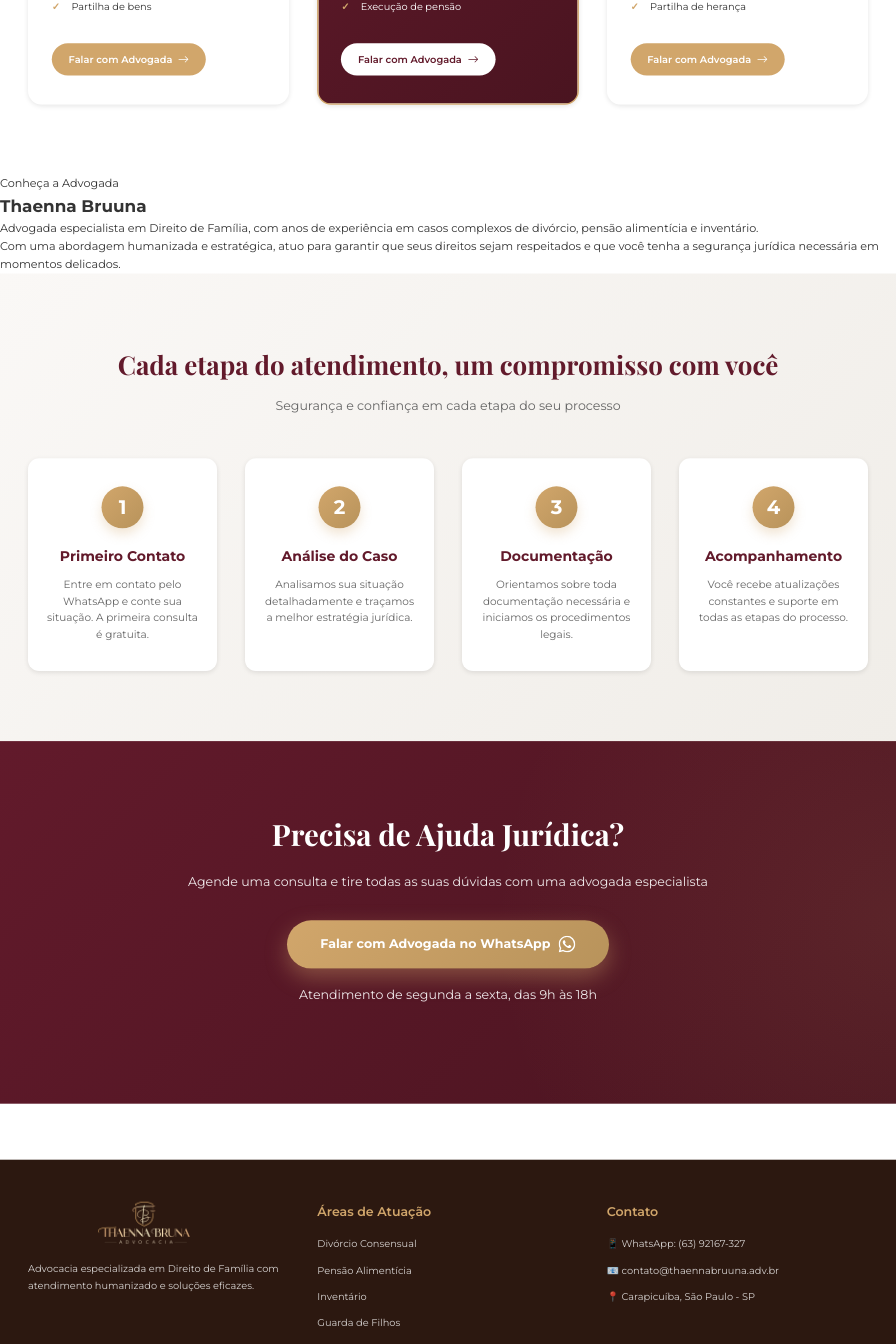
Repository: EmanuelVieiira/landing-page-advocacia
Page: index.html
An editor plug-in stored every save of this project. The page is shown before and after the next save, followed by the edit.
The browser window is 1280 px wide. The pictures show the part of the page from y = 1604 to 3524 px (the page is 3642 px tall before and 3501 px after), at 70% of full size.

Above is the page before, as saved 2026-02-06 21:42:10.

### index.html
<!DOCTYPE html>
<html lang="pt-BR">
<head>
    <meta charset="UTF-8">
    <meta name="viewport" content="width=device-width, initial-scale=1.0">
    <title>Thaenna Bruuna Advocacia | Especialista em Direito de Família</title>
    <link rel="stylesheet" href="css/style.css">
    <link rel="preconnect" href="https://fonts.googleapis.com">
    <link rel="preconnect" href="https://fonts.gstatic.com" crossorigin>
    <link href="https://fonts.googleapis.com/css2?family=Montserrat:wght@400;500;600;700&family=Playfair+Display:wght@600;700&display=swap" rel="stylesheet">
    <link rel="stylesheet" href="https://cdnjs.cloudflare.com/ajax/libs/font-awesome/6.5.1/css/all.min.css">
</head>
<body>
    <!-- TOP HEADER: Barra superior com contatos e redes sociais -->
    <div class="top-header">
        <div class="top-header-container">
            <div class="top-header-left">
                <ul class="contatos-top-header">
                    <li>
                        <i class="fas fa-phone-alt"></i>
                        <a href="tel:06392167327" title="Clique e ligue">(63) 9216-7327</a>
                    </li>
                    <li>
                        <i class="fas fa-envelope"></i>
                        <a href="mailto:contato@thaennabruuna.adv.br" title="E-mail">contato@thaennabruuna.adv.br</a>
                    </li>
                </ul>
            </div>
            <div class="top-header-right">
                <ul class="social-top">
                    <li>
                        <a href="https://www.instagram.com/thaennabrunavieira?utm_source=ig_web_button_share_sheet&igsh=ZDNlZDc0MzIxNw==" title="Instagram" target="_blank">
                            <i class="fa-brands fa-instagram"></i>
                        </a>
                    </li>
                    <li>
                        <a href="https://wa.me/556392167327" title="WhatsApp" target="_blank">
                            <i class="fa-brands fa-whatsapp"></i>
                        </a>
                    </li>
                    <li>
                        <a href="https://www.facebook.com/thaenabrunna.vieira" title="Facebook" target="_blank">
                            <i class="fa-brands fa-facebook"></i>
                        </a>
                    </li>
                </ul>
            </div>
        </div>
    </div>

    <!-- HEADER -->
    <header>
        <div class="header-container">
            <img src="/img/Logotipo.png" alt="Logo da Advocacia Thaenna Bruuna" class="logo">
            <nav class="header-nav">
                <a href="#servicos" class="nav-link">Serviços</a>
                <a href="#sobre" class="nav-link">Sobre</a>
                <a href="#contato" class="nav-link">Contato</a>
            </nav>
            <a href="https://wa.me/556392167327" target="_blank" class="btn-whatsapp">
                Falar com Advogada
                <svg xmlns="http://www.w3.org/2000/svg" width="20" height="20" fill="currentColor" viewBox="0 0 16 16">
                    <path d="M13.601 2.326A7.854 7.854 0 0 0 7.994 0C3.627 0 .068 3.558.064 7.926c0 1.399.366 2.76 1.057 3.965L0 16l4.204-1.102a7.933 7.933 0 0 0 3.79.965h.004c4.368 0 7.926-3.558 7.93-7.93A7.898 7.898 0 0 0 13.6 2.326zM7.994 14.521a6.573 6.573 0 0 1-3.356-.92l-.24-.144-2.494.654.666-2.433-.156-.251a6.56 6.56 0 0 1-1.007-3.505c0-3.626 2.957-6.584 6.591-6.584a6.56 6.56 0 0 1 4.66 1.931 6.557 6.557 0 0 1 1.928 4.66c-.004 3.639-2.961 6.592-6.592 6.592zm3.615-4.934c-.197-.099-1.17-.578-1.353-.646-.182-.065-.315-.099-.445.099-.133.197-.513.646-.627.775-.114.133-.232.148-.43.05-.197-.1-.836-.308-1.592-.985-.59-.525-.985-1.175-1.103-1.372-.114-.198-.011-.304.088-.403.087-.088.197-.232.296-.346.1-.114.133-.198.198-.33.065-.134.034-.248-.015-.347-.05-.099-.445-1.076-.612-1.47-.16-.389-.323-.335-.445-.34-.114-.007-.247-.007-.38-.007a.729.729 0 0 0-.529.247c-.182.198-.691.677-.691 1.654 0 .977.71 1.916.81 2.049.098.133 1.394 2.132 3.383 2.992.47.205.84.326 1.129.418.475.152.904.129 1.246.08.38-.058 1.171-.48 1.338-.943.164-.464.164-.86.114-.943-.049-.084-.182-.133-.38-.232z"/>
                </svg>
            </a>
        </div>
    </header>

    <main>
        <!-- HERO SECTION -->
        <section class="hero">
            <div class="hero-content">
                <div class="hero-text">
                 <h1>Advogada especialista em demandas de família: <span class="highlight">divórcio, inventário, pensão alimentícia</span></h1>

                    <div class="hero-features">
                        <div class="feature-item">
                            <svg xmlns="http://www.w3.org/2000/svg" width="24" height="24" fill="#d1a66b" viewBox="0 0 16 16">
                                <path d="M10.97 4.97a.75.75 0 0 1 1.07 1.05l-3.99 4.99a.75.75 0 0 1-1.08.02L4.324 8.384a.75.75 0 1 1 1.06-1.06l2.094 2.093 3.473-4.425a.267.267 0 0 1 .02-.022z"/>
                            </svg>
                            <span>Atendimento Personalizado</span>
                        </div>
                        <div class="feature-item">
                            <svg xmlns="http://www.w3.org/2000/svg" width="24" height="24" fill="#d1a66b" viewBox="0 0 16 16">
                                <path d="M10.97 4.97a.75.75 0 0 1 1.07 1.05l-3.99 4.99a.75.75 0 0 1-1.08.02L4.324 8.384a.75.75 0 1 1 1.06-1.06l2.094 2.093 3.473-4.425a.267.267 0 0 1 .02-.022z"/>
                            </svg>
                            <span>Respostas Rápidas</span>
                        </div>
                        <div class="feature-item">
                            <svg xmlns="http://www.w3.org/2000/svg" width="24" height="24" fill="#d1a66b" viewBox="0 0 16 16">
                                <path d="M10.97 4.97a.75.75 0 0 1 1.07 1.05l-3.99 4.99a.75.75 0 0 1-1.08.02L4.324 8.384a.75.75 0 1 1 1.06-1.06l2.094 2.093 3.473-4.425a.267.267 0 0 1 .02-.022z"/>
                            </svg>
                            <span>Consultoria Especializada</span>
                        </div>
                    </div>
                    <a href="https://wa.me/556392167327" target="_blank" class="btn-primary">
                        <span>
                            Falar com Advogada
                            <svg xmlns="http://www.w3.org/2000/svg" width="20" height="20" fill="currentColor" viewBox="0 0 16 16">
                                <path d="M13.601 2.326A7.854 7.854 0 0 0 7.994 0C3.627 0 .068 3.558.064 7.926c0 1.399.366 2.76 1.057 3.965L0 16l4.204-1.102a7.933 7.933 0 0 0 3.79.965h.004c4.368 0 7.926-3.558 7.93-7.93A7.898 7.898 0 0 0 13.6 2.326zM7.994 14.521a6.573 6.573 0 0 1-3.356-.92l-.24-.144-2.494.654.666-2.433-.156-.251a6.56 6.56 0 0 1-1.007-3.505c0-3.626 2.957-6.584 6.591-6.584a6.56 6.56 0 0 1 4.66 1.931 6.557 6.557 0 0 1 1.928 4.66c-.004 3.639-2.961 6.592-6.592 6.592zm3.615-4.934c-.197-.099-1.17-.578-1.353-.646-.182-.065-.315-.099-.445.099-.133.197-.513.646-.627.775-.114.133-.232.148-.43.05-.197-.1-.836-.308-1.592-.985-.59-.525-.985-1.175-1.103-1.372-.114-.198-.011-.304.088-.403.087-.088.197-.232.296-.346.1-.114.133-.198.198-.33.065-.134.034-.248-.015-.347-.05-.099-.445-1.076-.612-1.47-.16-.389-.323-.335-.445-.34-.114-.007-.247-.007-.38-.007a.729.729 0 0 0-.529.247c-.182.198-.691.677-.691 1.654 0 .977.71 1.916.81 2.049.098.133 1.394 2.132 3.383 2.992.47.205.84.326 1.129.418.475.152.904.129 1.246.08.38-.058 1.171-.48 1.338-.943.164-.464.164-.86.114-.943-.049-.084-.182-.133-.38-.232z"/>
                            </svg>
                        </span>
                    </a>
                </div>
                <div class="hero-image">
                    <img src="/img/thaenna_bruna.JPEG" alt="Dra. Thaenna Bruuna - Advogada especializada em Direito de Família">
                </div>
            </div>
        </section>

        <!-- SERVIÇOS -->
        <section class="services" id="servicos">
            <div class="services-container">
                <div class="section-header">

                    <h2>Soluções jurídicas eficazes para proteger sua família, <br>seus direitos e seu patrimônio.</h2>
                    <p>Atendimento jurídico com empatia, transparência e foco em decisões seguras.</p>

                </div>

                <div class="services-grid">
                    <div class="service-card">
                        <div class="service-icon">
                            <img src="/img/Divórcio.png" alt="ícone de divórcio">
                        </div>
                        <h3>Divórcio</h3>
                        <p>Divórcio consensual em cartório ou judicial. Processos rápidos, seguros e com toda documentação necessária para formalizar a separação.</p>
                        <ul class="service-benefits">
                            <li>Divórcio consensual em cartório</li>
                            <li>Divórcio litigioso</li>
                            <li>Partilha de bens</li>
                        </ul>
                        <a href="https://wa.me/556392167327" target="_blank" class="btn-service">
                            Falar com Advogada
                            <svg xmlns="http://www.w3.org/2000/svg" width="16" height="16" fill="currentColor" viewBox="0 0 16 16">
                                <path fill-rule="evenodd" d="M1 8a.5.5 0 0 1 .5-.5h11.793l-3.147-3.146a.5.5 0 0 1 .708-.708l4 4a.5.5 0 0 1 0 .708l-4 4a.5.5 0 0 1-.708-.708L13.293 8.5H1.5A.5.5 0 0 1 1 8z"/>
                            </svg>
                        </a>
                    </div>

                    <div class="service-card featured">
                        <div class="featured-badge">Mais Procurado</div>
                        <div class="service-icon">
                            <img src="/img/Pensão Alimentícia.png" alt="ícone de pensão alimentícia">
                        </div>
                        <h3>Pensão Alimentícia</h3>
                        <p>Revisão e fixação de pensão alimentícia para garantir valores justos compatíveis com as necessidades da criança e possibilidades do genitor.</p>
                        <ul class="service-benefits">
                            <li>Ação de alimentos</li>
                            <li>Revisão de valores</li>
                            <li>Execução de pensão</li>
                        </ul>
                        <a href="https://wa.me/556392167327" target="_blank" class="btn-service">
                            Falar com Advogada
                            <svg xmlns="http://www.w3.org/2000/svg" width="16" height="16" fill="currentColor" viewBox="0 0 16 16">
                                <path fill-rule="evenodd" d="M1 8a.5.5 0 0 1 .5-.5h11.793l-3.147-3.146a.5.5 0 0 1 .708-.708l4 4a.5.5 0 0 1 0 .708l-4 4a.5.5 0 0 1-.708-.708L13.293 8.5H1.5A.5.5 0 0 1 1 8z"/>
                            </svg>
                        </a>
                    </div>

                    <div class="service-card">
                        <div class="service-icon">
                            <img src="/img/inventario.png" alt="ícone de inventário">
                        </div>
                        <h3>Inventário</h3>
                        <p>Elaboração e regularização de inventário patrimonial com organização completa dos bens, assegurando segurança jurídica e conformidade legal.</p>
                        <ul class="service-benefits">
                            <li>Inventário judicial</li>
                            <li>Inventário extrajudicial</li>
                            <li>Partilha de herança</li>
                        </ul>
                        <a href="https://wa.me/556392167327" target="_blank" class="btn-service">
                            Falar com Advogada
                            <svg xmlns="http://www.w3.org/2000/svg" width="16" height="16" fill="currentColor" viewBox="0 0 16 16">
                                <path fill-rule="evenodd" d="M1 8a.5.5 0 0 1 .5-.5h11.793l-3.147-3.146a.5.5 0 0 1 .708-.708l4 4a.5.5 0 0 1 0 .708l-4 4a.5.5 0 0 1-.708-.708L13.293 8.5H1.5A.5.5 0 0 1 1 8z"/>
                            </svg>
                        </a>
                    </div>
                </div>
            </div>
        </section>

        <!-- SOBRE A ADVOGADA -->
        <section class="about" id="sobre">
            <div class="about-container">
                <div class="about-content">
                    <div class="about-text">
                        <span class="section-label">Conheça a Advogada</span>
                        <h2>Thaenna Bruuna</h2>
                        <p class="">Advogada especialista em Direito de Família, com anos de experiência em casos complexos de divórcio, pensão alimentícia e inventário.</p>
                        <p>Com uma abordagem humanizada e estratégica, atuo para garantir que seus direitos sejam respeitados e que você tenha a segurança jurídica necessária em momentos delicados.</p>

                    </div>
                </div>
            </div>
        </section>

        <!-- COMO FUNCIONA -->
        <section class="how-it-works">
            <div class="how-it-works-container">
                <div class="section-header">

                    <h2>Cada etapa do atendimento, um compromisso com você</h2>
                    <p>Segurança e confiança em cada etapa do seu processo</p>
                </div>

                <div class="steps-grid">
                    <div class="step">
                        <div class="step-number">1</div>
                        <h3>Primeiro Contato</h3>
                        <p>Entre em contato pelo WhatsApp e conte sua situação. A primeira consulta é gratuita.</p>
                    </div>
                    <div class="step">
                        <div class="step-number">2</div>
                        <h3>Análise do Caso</h3>
                        <p>Analisamos sua situação detalhadamente e traçamos a melhor estratégia jurídica.</p>
                    </div>
                    <div class="step">
                        <div class="step-number">3</div>
                        <h3>Documentação</h3>
                        <p>Orientamos sobre toda documentação necessária e iniciamos os procedimentos legais.</p>
                    </div>
                    <div class="step">
                        <div class="step-number">4</div>
                        <h3>Acompanhamento</h3>
                        <p>Você recebe atualizações constantes e suporte em todas as etapas do processo.</p>
                    </div>
                </div>
            </div>
        </section>

        <!-- CTA FINAL -->
        <section class="cta" id="contato">
            <div class="cta-container">
                <h2>Precisa de Ajuda Jurídica?</h2>
                <p>Agende uma consulta e tire todas as suas dúvidas com uma advogada especialista</p>
                <a href="https://wa.me/556392167327" target="_blank" class="btn-cta">
                    <span>Falar com Advogada no WhatsApp</span>
                    <svg xmlns="http://www.w3.org/2000/svg" width="24" height="24" fill="currentColor" viewBox="0 0 16 16">
                        <path d="M13.601 2.326A7.854 7.854 0 0 0 7.994 0C3.627 0 .068 3.558.064 7.926c0 1.399.366 2.76 1.057 3.965L0 16l4.204-1.102a7.933 7.933 0 0 0 3.79.965h.004c4.368 0 7.926-3.558 7.93-7.93A7.898 7.898 0 0 0 13.6 2.326zM7.994 14.521a6.573 6.573 0 0 1-3.356-.92l-.24-.144-2.494.654.666-2.433-.156-.251a6.56 6.56 0 0 1-1.007-3.505c0-3.626 2.957-6.584 6.591-6.584a6.56 6.56 0 0 1 4.66 1.931 6.557 6.557 0 0 1 1.928 4.66c-.004 3.639-2.961 6.592-6.592 6.592zm3.615-4.934c-.197-.099-1.17-.578-1.353-.646-.182-.065-.315-.099-.445.099-.133.197-.513.646-.627.775-.114.133-.232.148-.43.05-.197-.1-.836-.308-1.592-.985-.59-.525-.985-1.175-1.103-1.372-.114-.198-.011-.304.088-.403.087-.088.197-.232.296-.346.1-.114.133-.198.198-.33.065-.134.034-.248-.015-.347-.05-.099-.445-1.076-.612-1.47-.16-.389-.323-.335-.445-.34-.114-.007-.247-.007-.38-.007a.729.729 0 0 0-.529.247c-.182.198-.691.677-.691 1.654 0 .977.71 1.916.81 2.049.098.133 1.394 2.132 3.383 2.992.47.205.84.326 1.129.418.475.152.904.129 1.246.08.38-.058 1.171-.48 1.338-.943.164-.464.164-.86.114-.943-.049-.084-.182-.133-.38-.232z"/>
                    </svg>
                </a>
                <p class="cta-subtext">Atendimento de segunda a sexta, das 9h às 18h</p>
            </div>
        </section>
    </main>

    <!-- FOOTER -->
    <footer>
        <div class="footer-container">
            <div class="footer-content">
                <div class="footer-col">
                    <img src="/img/Logotipo.png" alt="Logo Thaenna Bruuna" class="footer-logo">
                    <p>Advocacia especializada em Direito de Família com atendimento humanizado e soluções eficazes.</p>
                     <div class="top-header-right">
                <ul class="social-top">
                    <li>
                        <a href="https://www.instagram.com/thaennabrunavieira?utm_source=ig_web_button_share_sheet&igsh=ZDNlZDc0MzIxNw==" title="Instagram" target="_blank">
                            <i class="fa-brands fa-instagram"></i>
                        </a>
                    </li>
                    <li>
                        <a href="https://wa.me/556392167327" title="WhatsApp" target="_blank">
                            <i class="fa-brands fa-whatsapp"></i>
                        </a>
                    </li>
                    <li>
                        <a href="https://www.facebook.com/thaenabrunna.vieira" title="Facebook" target="_blank">
                            <i class="fa-brands fa-facebook"></i>
                        </a>
                    </li>
                </ul>
            </div>
                </div>
                <div class="footer-col">
                    <h4>Áreas de Atuação</h4>
                    <ul>
                        <li>Divórcio Consensual</li>
                        <li>Pensão Alimentícia</li>
                        <li>Inventário</li>
                        <li>Guarda de Filhos</li>
                    </ul>
                </div>
                <div class="footer-col">
                    <h4>Contato</h4>
                    <ul>
                        <li>📱 WhatsApp: (63) 92167-327</li>
                        <li>📧 contato@thaennabruuna.adv.br</li>
                        <li>📍 Carapicuíba, São Paulo - SP</li>
                    </ul>
                </div>
            </div>
            <div class="footer-bottom">
                <p>&copy; 2026 Thaenna Bruuna Advocacia. Todos os direitos reservados.</p>
            </div>
        </div>
    </footer>

    <!-- WhatsApp Flutuante -->
    <a href="https://wa.me/556392167327" target="_blank" class="whatsapp-float" aria-label="Falar no WhatsApp">
        <svg xmlns="http://www.w3.org/2000/svg" width="32" height="32" fill="currentColor" viewBox="0 0 16 16">
            <path d="M13.601 2.326A7.854 7.854 0 0 0 7.994 0C3.627 0 .068 3.558.064 7.926c0 1.399.366 2.76 1.057 3.965L0 16l4.204-1.102a7.933 7.933 0 0 0 3.79.965h.004c4.368 0 7.926-3.558 7.93-7.93A7.898 7.898 0 0 0 13.6 2.326zM7.994 14.521a6.573 6.573 0 0 1-3.356-.92l-.24-.144-2.494.654.666-2.433-.156-.251a6.56 6.56 0 0 1-1.007-3.505c0-3.626 2.957-6.584 6.591-6.584a6.56 6.56 0 0 1 4.66 1.931 6.557 6.557 0 0 1 1.928 4.66c-.004 3.639-2.961 6.592-6.592 6.592zm3.615-4.934c-.197-.099-1.17-.578-1.353-.646-.182-.065-.315-.099-.445.099-.133.197-.513.646-.627.775-.114.133-.232.148-.43.05-.197-.1-.836-.308-1.592-.985-.59-.525-.985-1.175-1.103-1.372-.114-.198-.011-.304.088-.403.087-.088.197-.232.296-.346.1-.114.133-.198.198-.33.065-.134.034-.248-.015-.347-.05-.099-.445-1.076-.612-1.47-.16-.389-.323-.335-.445-.34-.114-.007-.247-.007-.38-.007a.729.729 0 0 0-.529.247c-.182.198-.691.677-.691 1.654 0 .977.71 1.916.81 2.049.098.133 1.394 2.132 3.383 2.992.47.205.84.326 1.129.418.475.152.904.129 1.246.08.38-.058 1.171-.48 1.338-.943.164-.464.164-.86.114-.943-.049-.084-.182-.133-.38-.232z"/>
        </svg>
    </a>
</body>
</html>

Loaded but not shown: css/style.css (1105 lines, source omitted)

After the next save:
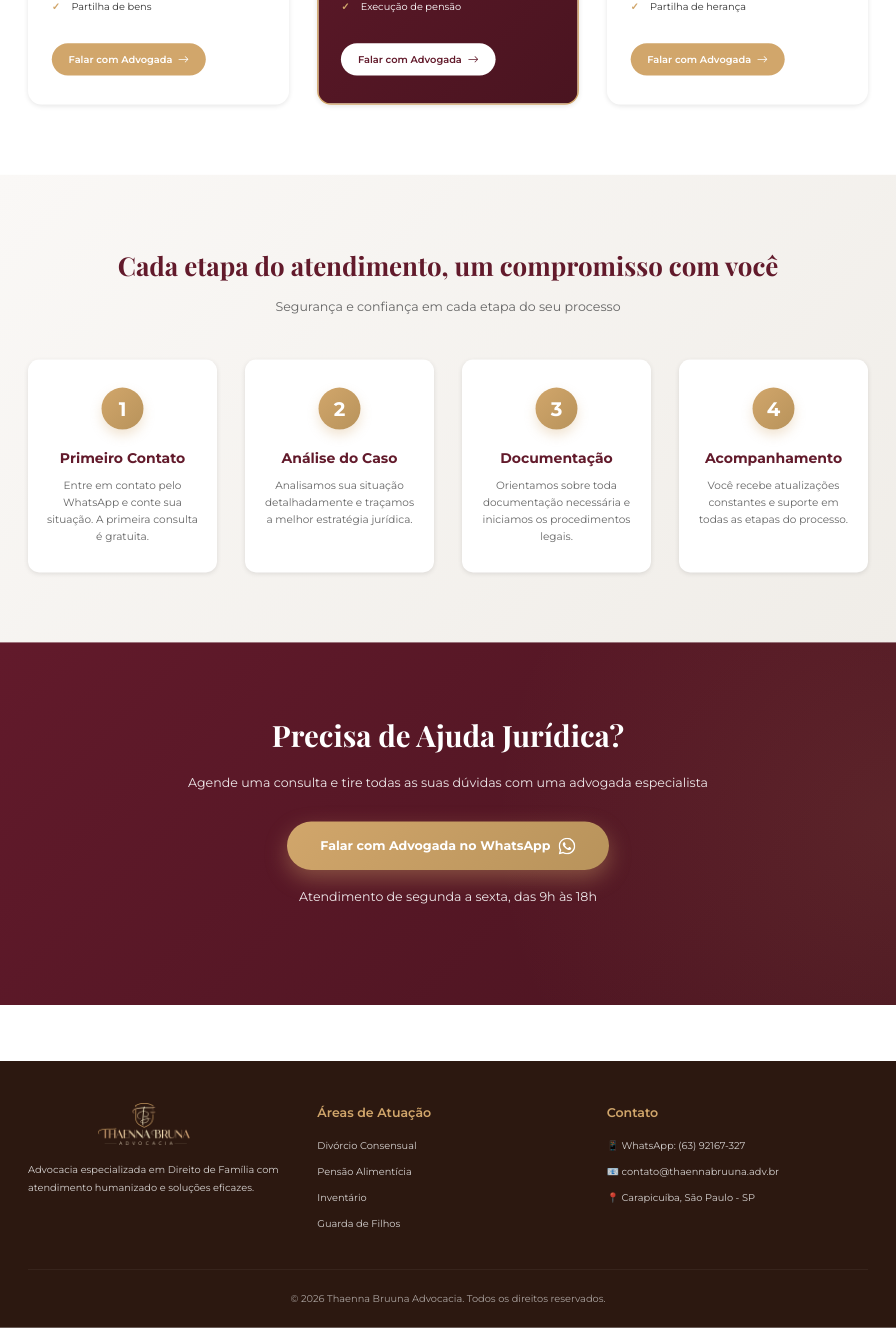
Saved 16 s later.
--- a/index.html
+++ b/index.html
@@ -180,20 +180,6 @@
             </div>
         </section>
 
-        <!-- SOBRE A ADVOGADA -->
-        <section class="about" id="sobre">
-            <div class="about-container">
-                <div class="about-content">
-                    <div class="about-text">
-                        <span class="section-label">Conheça a Advogada</span>
-                        <h2>Thaenna Bruuna</h2>
-                        <p class="">Advogada especialista em Direito de Família, com anos de experiência em casos complexos de divórcio, pensão alimentícia e inventário.</p>
-                        <p>Com uma abordagem humanizada e estratégica, atuo para garantir que seus direitos sejam respeitados e que você tenha a segurança jurídica necessária em momentos delicados.</p>
-
-                    </div>
-                </div>
-            </div>
-        </section>
 
         <!-- COMO FUNCIONA -->
         <section class="how-it-works">
